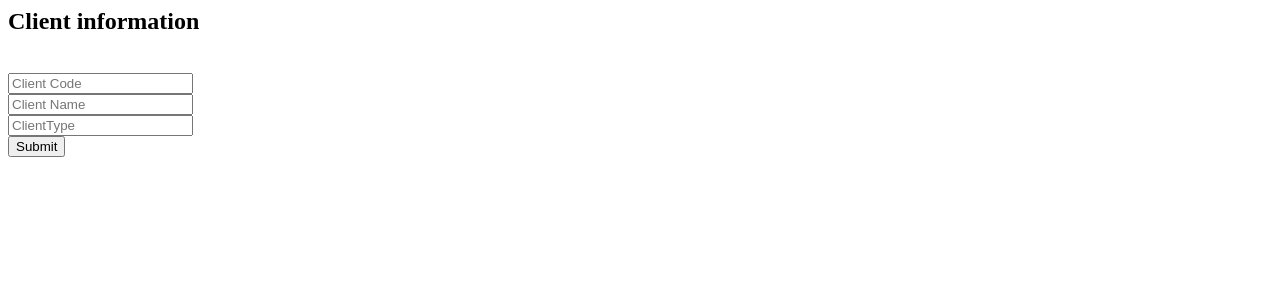
Repository: Kdewitt2/solarPV_DeWitt
Page: mysite/locationForm/templates/clientForm/index.html
The author's editor kept a copy of each file at every save. The page is drawn from the files as they stood at one save, then again after the next save.
The browser window is 1280 px wide. The pictures show the whole page.

Above is the page before, as saved 2020-05-04 19:11:55.

After the next save:
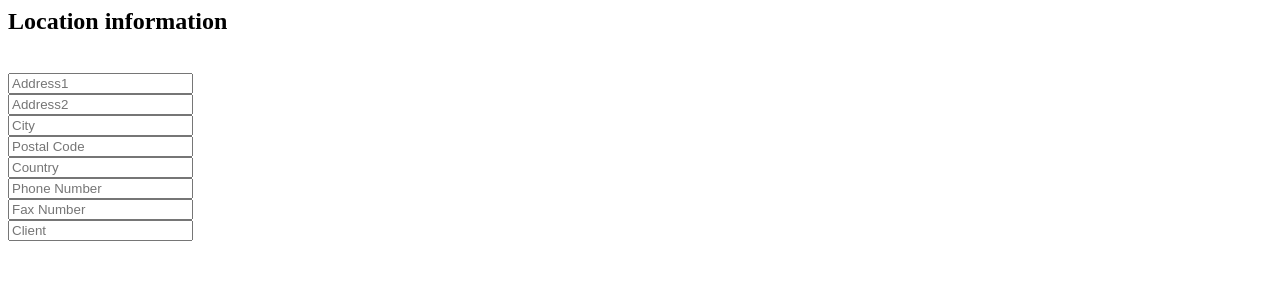
Saved 4 min 7 s later.
--- a/mysite/locationForm/templates/clientForm/index.html
+++ b/mysite/locationForm/templates/clientForm/index.html
@@ -1,17 +1,21 @@
 
 <!---------------->
-<!--Client Form-->
+<!--Location Form-->
 <!---------------->
 <section>
 <body>
     <div id="container">
         <div id="main">
             <form>
-            <h1>Client information</h1> <br>
-            <input type="text" name="clientCode" placeholder="Client Code" required><br>
-            <input type="text" name="clientName" placeholder="Client Name" required><br>
-            <input type="text" name="clientType" placeholder= "ClientType"><br>
-            <input type="submit" value="Submit">
+            <h1>Location information</h1> <br>
+            <input type="text" name="address1" placeholder= "Address1"><br>
+            <input type="text" name="address2" placeholder= "Address2"><br>
+            <input type="text" name="city" placeholder= "City"><br>
+            <input type="text" name="postalCode" placeholder= "Postal Code"><br>
+            <input type="text" name="country" placeholder= "Country"><br>
+            <input type="text" name="phoneNumber" placeholder= "Phone Number"><br>
+            <input type="text" name="faxNumber" placeholder= "Fax Number"><br>
+            <input type="text" name="client" placeholder= "Client"><br>
         </form>
 
         </div>
